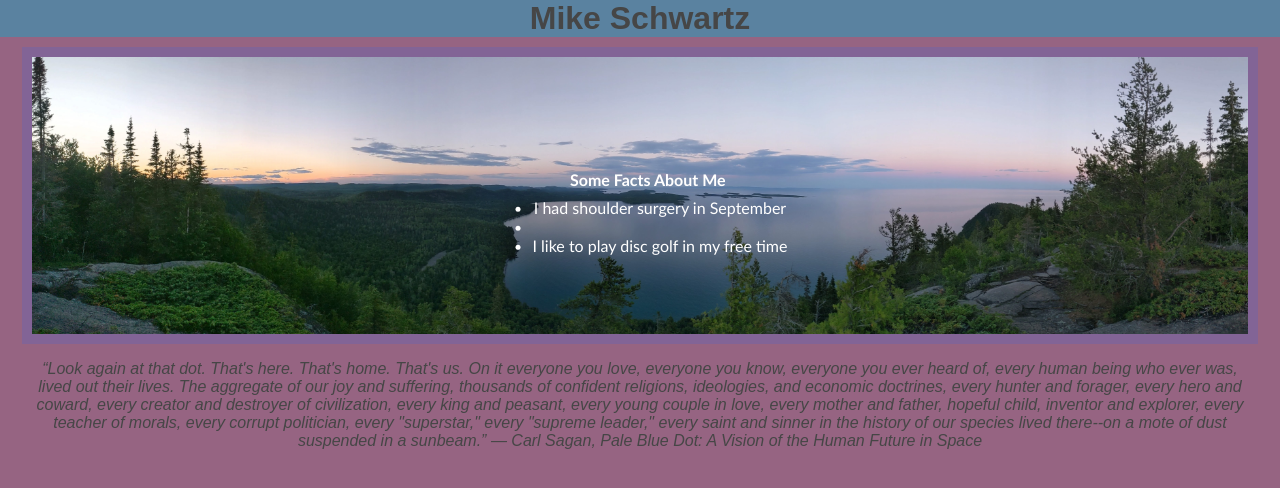
Repository: Ellusionism/prime-pw-week-1-assignment
Page: assignment/index.html
The author's editor kept a copy of each file at every save. The page is drawn from the files as they stood at one save, then again after the next save.
The browser window is 1280 px wide. The pictures show the whole page.

Above is the page before, as saved 2022-10-26 16:19:12.

After the next save:
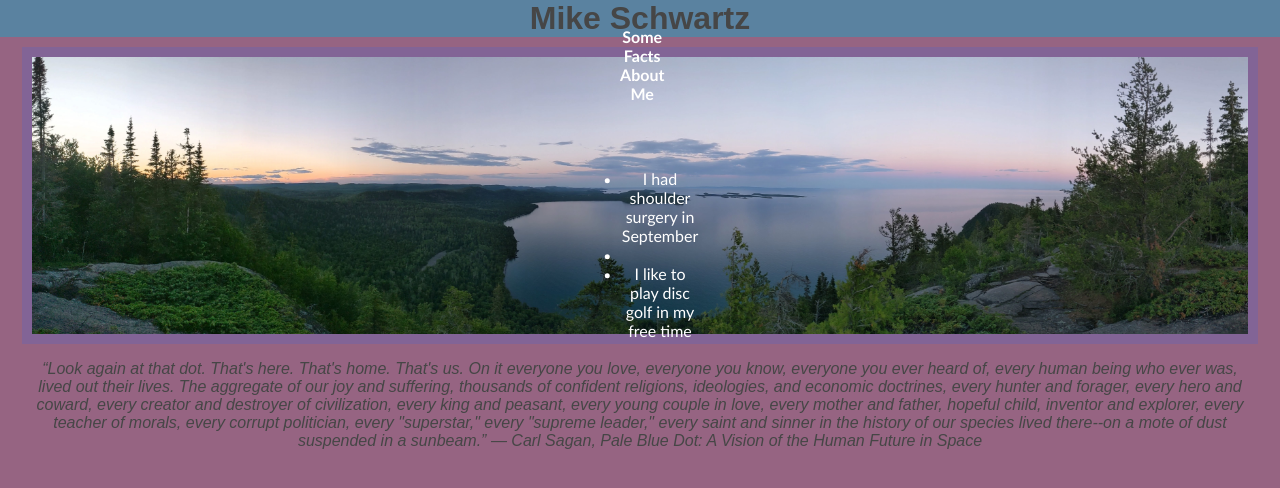
Saved 9 s later.
--- a/assignment/index.html
+++ b/assignment/index.html
@@ -19,7 +19,7 @@
     <!-- Include an image -->
     <div class="container">
         <img src="mtjosephine.jpg" alt="Mount Josephine summit view" class="img">
-        <span>
+        <span class="facts">
             <h4 class="facts">Some Facts About Me</h4>
         <ul class="facts-list">
             <li>I had shoulder surgery in September</li>
